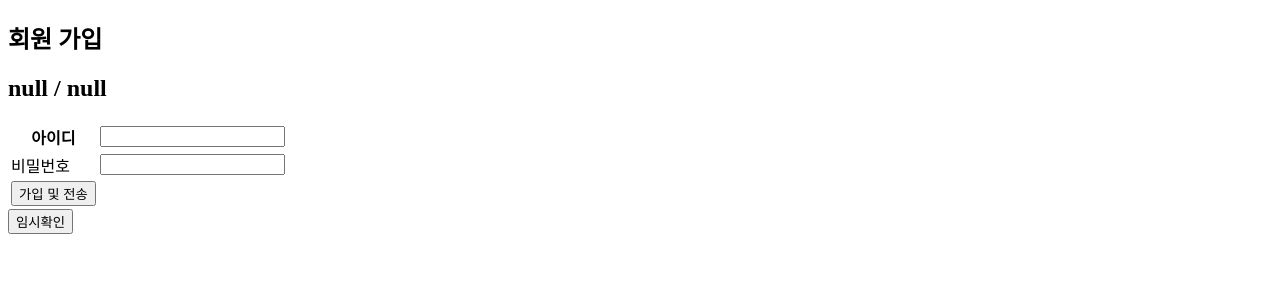
Repository: back-seung/academy
Page: http://localhost/SpringDay01/memberInputForm
The author's editor kept a copy of each file at every save. The page is drawn from the files as they stood at one save, then again after the next save.
The browser window is 1280 px wide. The pictures show the whole page.
The page is served by Tomcat 9.

Above is the page before, as saved 2021-11-22 12:27:33.

After the next save:
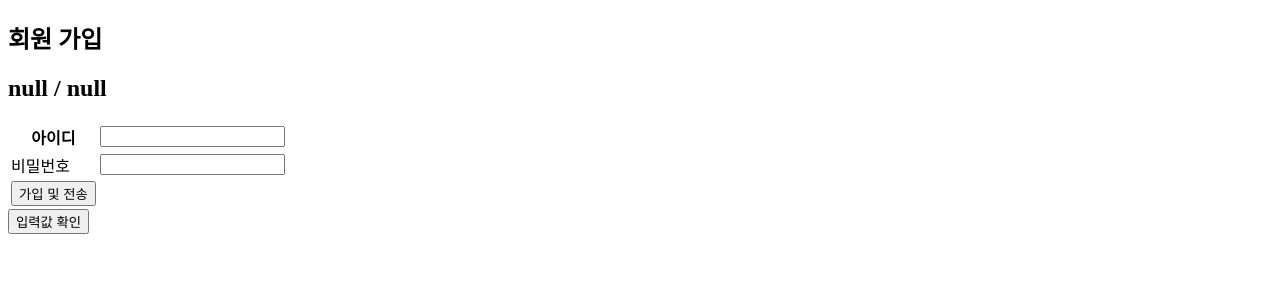
Saved 10 s later.
--- a/SpringDay01/src/main/webapp/WEB-INF/views/memberInput.jsp
+++ b/SpringDay01/src/main/webapp/WEB-INF/views/memberInput.jsp
@@ -25,7 +25,7 @@
       </table>
     </form>
     <form action="memberInputForm">
-    <input type ="submit" value ="임시확인" />
+    <input type ="submit" value ="입력값 확인" />
     </form>
     <script>
     </script>
